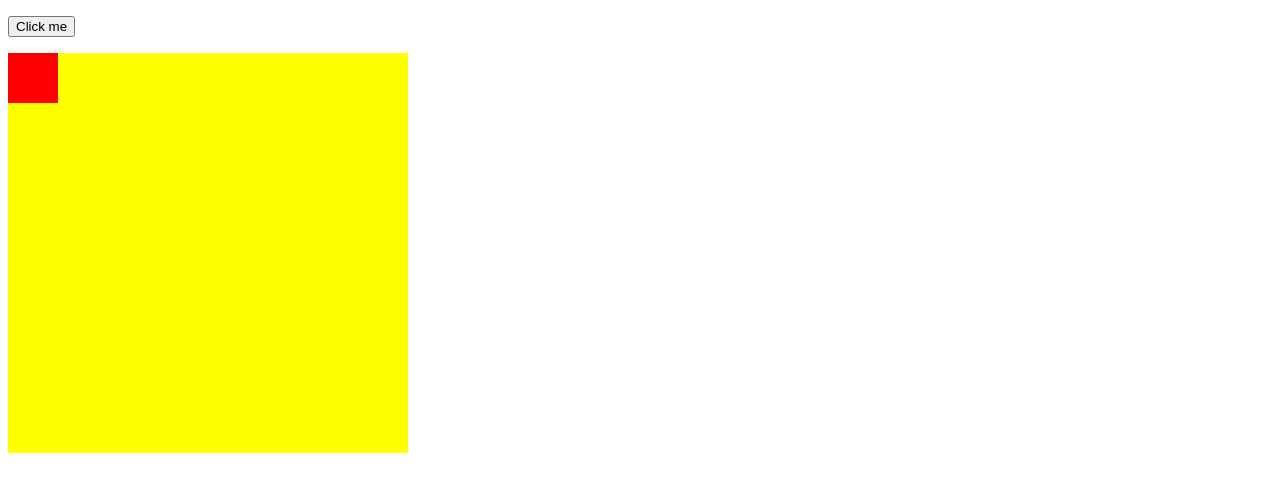
Repository: khanhbinh87/learnJs
Page: customSelect/index.html
An editor plug-in stored every save of this project. The page is shown before and after the next save, followed by the edit.
The browser window is 1280 px wide. The pictures show the whole page.

Above is the page before, as saved 2021-06-17 11:16:46.

### customSelect/index.html
<!DOCTYPE html>
<html lang="en">
<head>
    <meta charset="UTF-8">
    <meta name="viewport" content="width=device-width, initial-scale=1.0">
    <title>Document</title>
    <style>
        #container {
            width: 400px;
            height: 400px;
            position: relative;
            background: yellow;
        }
        #animate {
            width: 50px;
            height: 50px;
            position: absolute;
            background-color: red;
        }
    </style>
</head>
<body>
    <p><button>Click me</button></p>
    <div id="container">
        <div id="animate"></div>
    </div>
</body>
    <script src="move.js"></script>
</html>

### customSelect/move.js
function myMove() {
    let id = null;
    const elem = document.getElementById("animate");
    let pos = 0;
    clearInterval(id);
    id = setInterval(frame, 5);
    function frame() {
      if (pos == 350) {
        clearInterval(id);
      } else {
        pos++;
        elem.style.top = pos + "px";
        elem.style.left = pos + "px";
      }
    }
  }

After the next save:
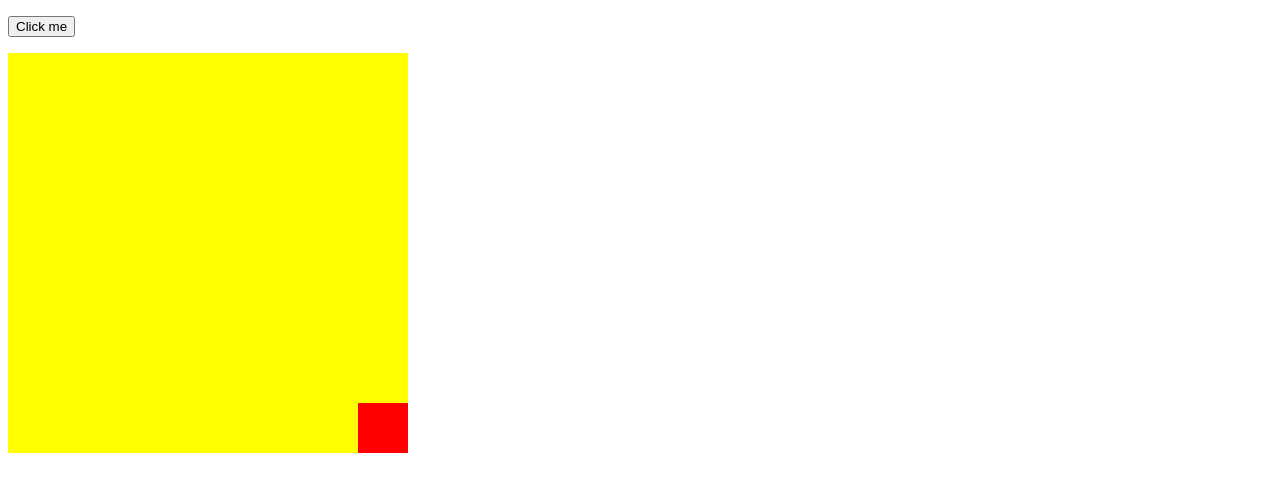
Saved 15 s later.
--- a/customSelect/move.js
+++ b/customSelect/move.js
@@ -14,3 +14,4 @@ function myMove() {
       }
     }
   }
+  myMove()

After the 5 saves that followed:
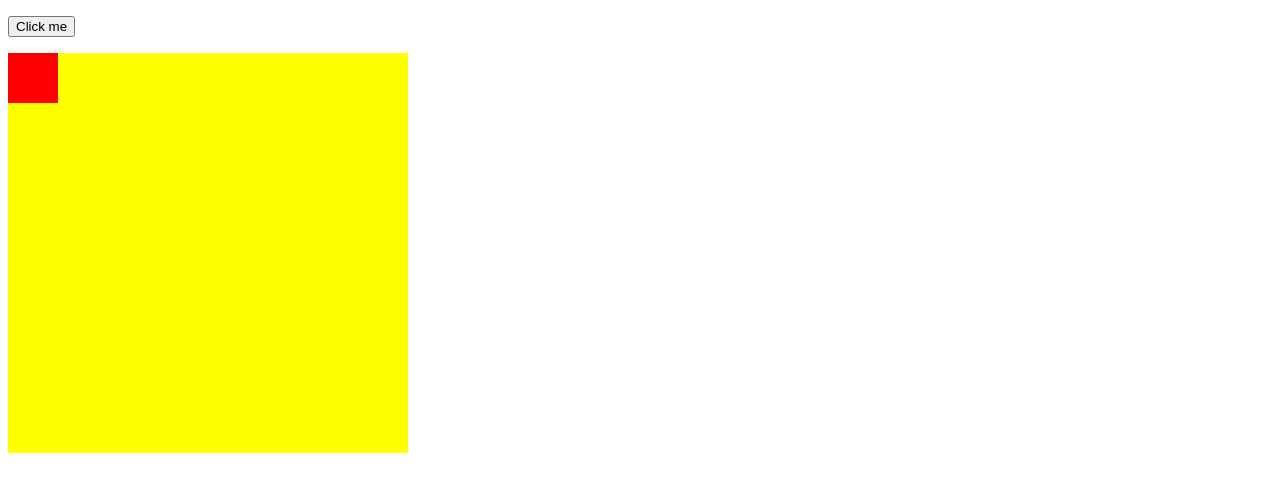
The 5 saves are shown as one change because 2 left the picture as it was and some came seconds apart.
The last was saved 26 s later.
--- a/customSelect/index.html
+++ b/customSelect/index.html
@@ -20,7 +20,7 @@
     </style>
 </head>
 <body>
-    <p><button>Click me</button></p>
+    <p><button onclick="myMove()">Click me</button></p>
     <div id="container">
         <div id="animate"></div>
     </div>
--- a/customSelect/move.js
+++ b/customSelect/move.js
@@ -14,4 +14,3 @@ function myMove() {
       }
     }
   }
-  myMove()
